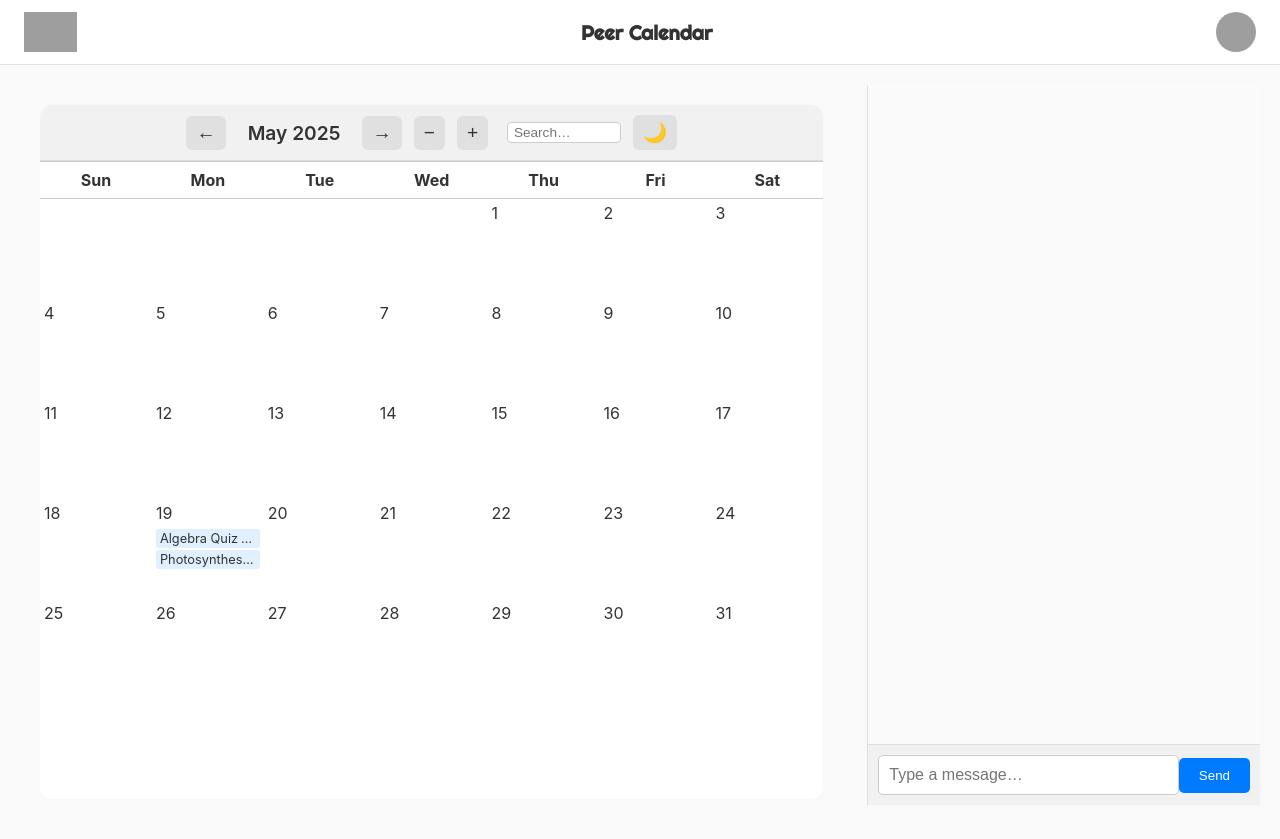
Repository: saifg123/Peer
Page: app.html
The author's editor kept a copy of each file at every save. The page is drawn from the files as they stood at one save, then again after the next save.
The browser window is 1280 px wide. The pictures show the whole page.
Pictures or frames that could not be fetched are drawn as grey boxes.

Above is the page before, as saved 2025-05-20 18:05:44.

After the next save:
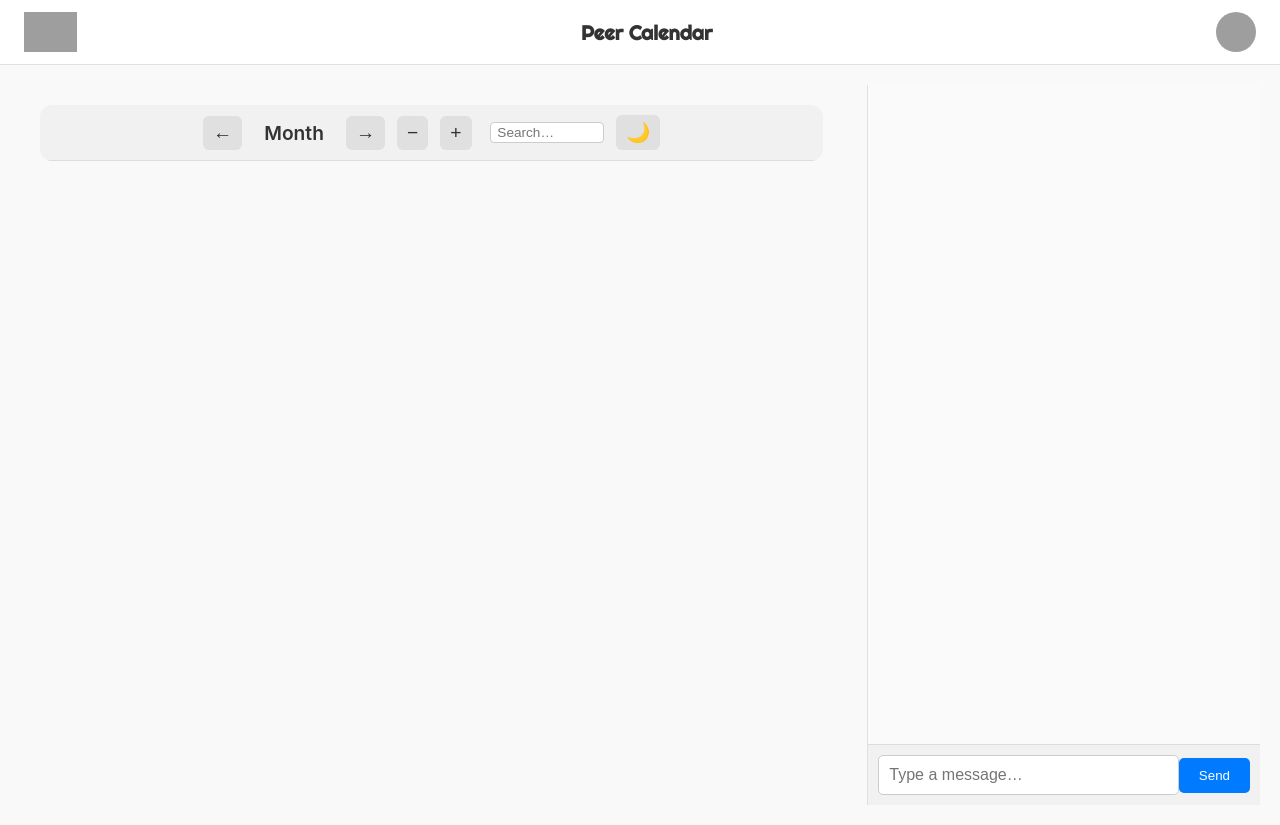
Console error: SyntaxError: Unexpected end of input
Saved 116 s later.
--- a/script.js
+++ b/script.js
@@ -188,8 +188,7 @@
 
   // ✅ Show note banner ONCE
   if (notes[dateStr]) {
-  html += `<div class="note-banner" draggable="true" data-note-key="${dateStr}">${notes[dateStr]}</div>`;
-}
+   html += `<div class="note-banner" draggable="true" data-note-key="${dateStr}">${notes[dateStr]}</div>`;
 
 
   html += `<div class="day-grid">`;

After the save that followed:
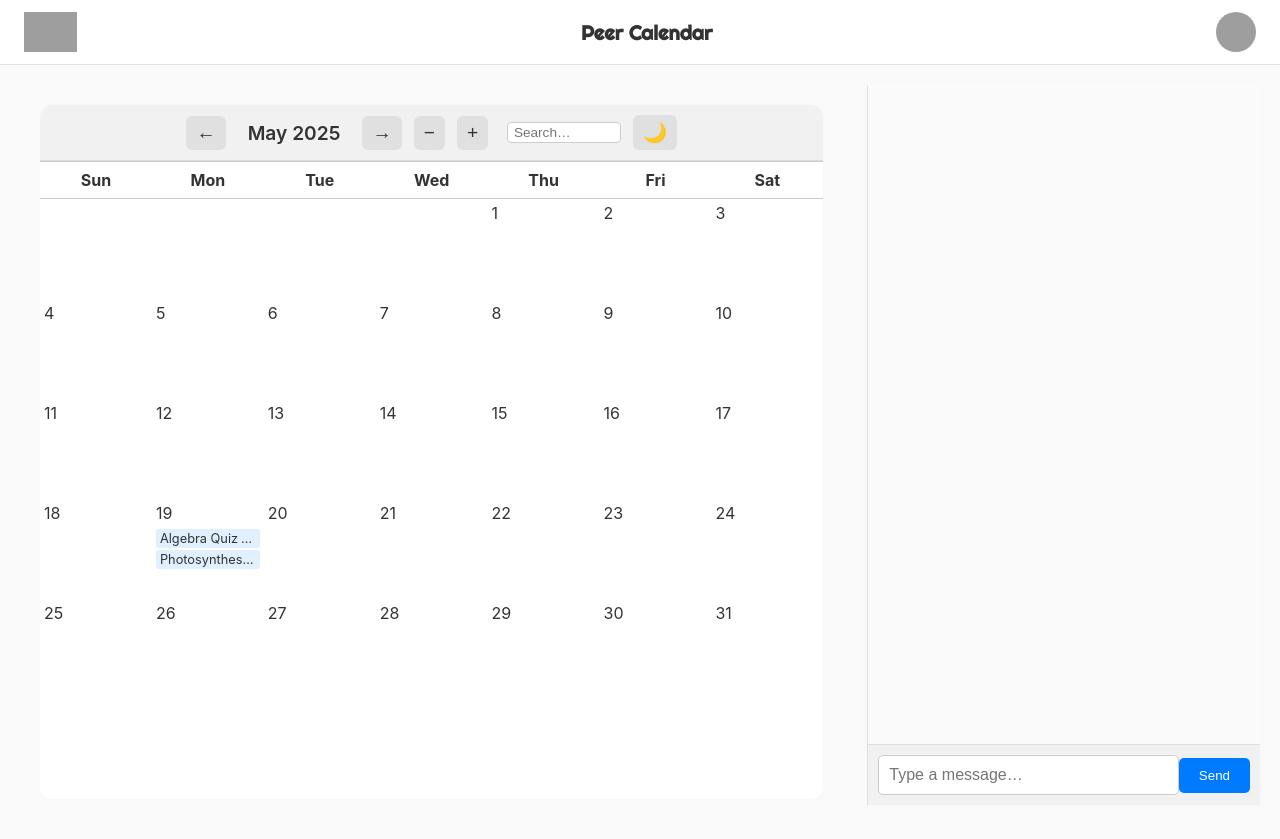
The error is gone.
Saved 7 s later.
--- a/script.js
+++ b/script.js
@@ -189,6 +189,7 @@
   // ✅ Show note banner ONCE
   if (notes[dateStr]) {
    html += `<div class="note-banner" draggable="true" data-note-key="${dateStr}">${notes[dateStr]}</div>`;
+  }
 
 
   html += `<div class="day-grid">`;
